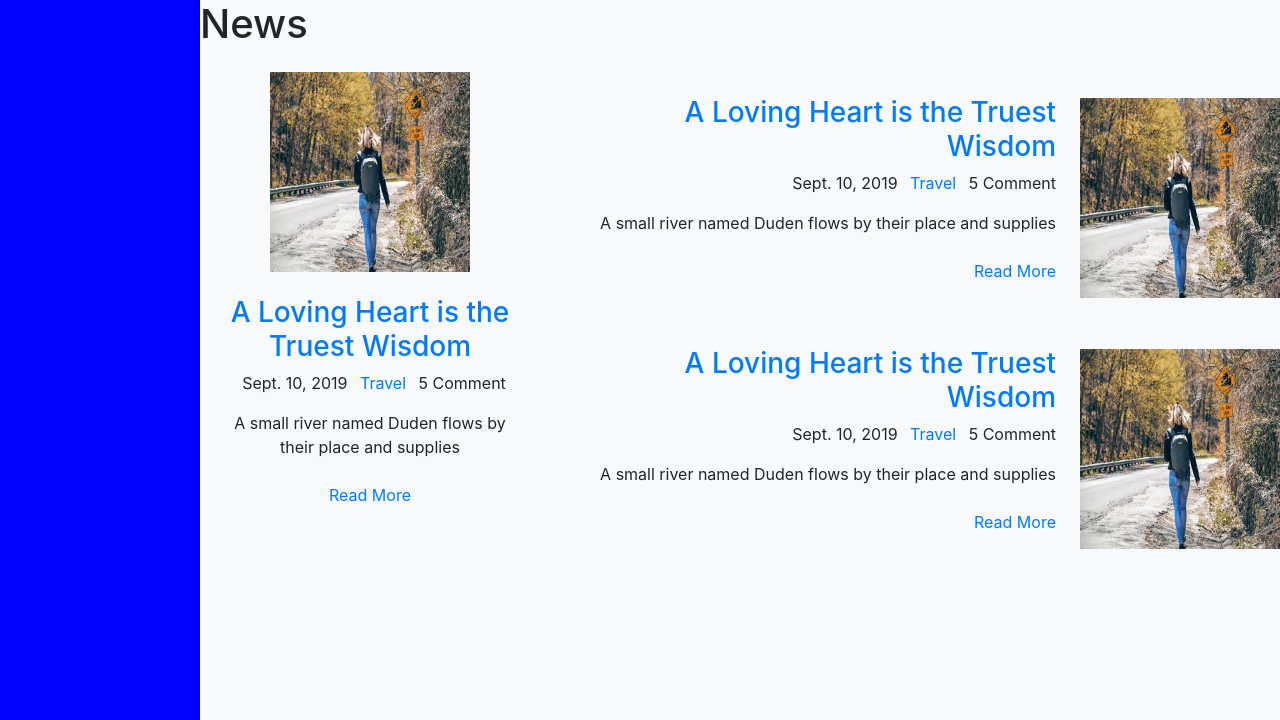
Repository: tts2610/GoogleNews
Page: index.html
These files come from the project's save history. The page is drawn as it stood at one moment and after the next save; the edit follows.
The browser window is 1280 px wide. The pictures show the whole page.
The page's requests for data from a server got no answer.

Above is the page before, as saved 2020-05-20 13:54:01.

After the next save:
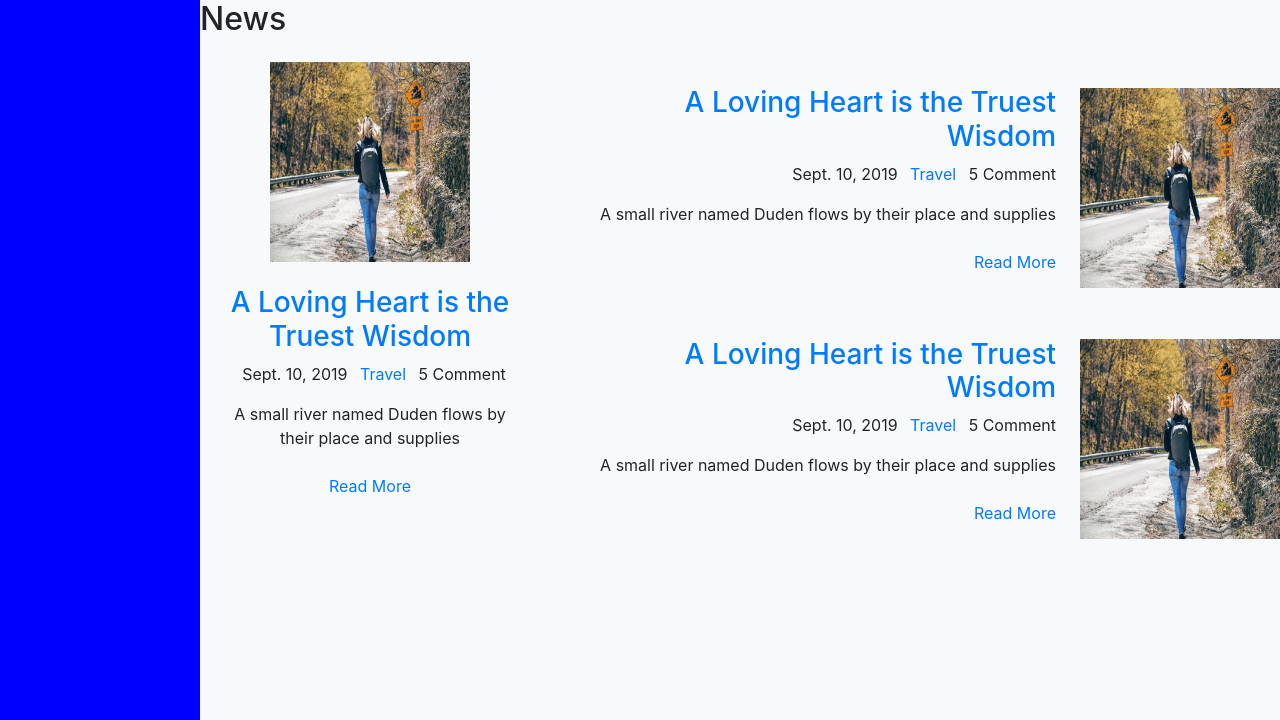
Saved 8 s later.
--- a/index.html
+++ b/index.html
@@ -23,7 +23,7 @@
         <div class="sidenav"></div>
         <div class="content">
             <div class="content-header mb-4">
-                <h1>News</h1>
+                <h1 style="font-size: xx-large;">News</h1>
             </div>
             <div class="row">
                 <div class="col-4 d-flex">
